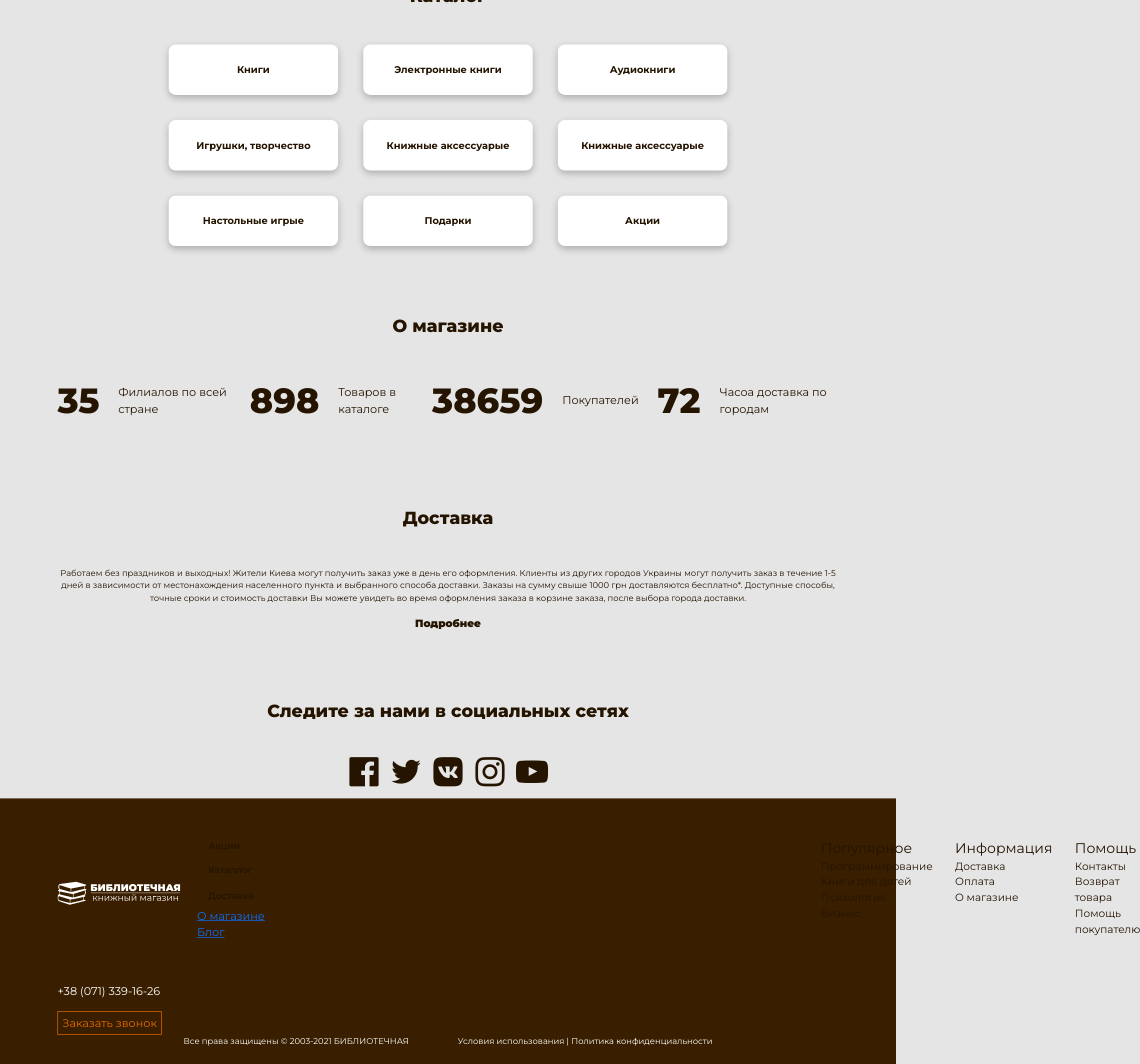
Repository: saidabbasun/Kutubxona
Page: /
The author's editor kept a copy of each file at every save. The page is drawn from the files as they stood at one save, then again after the next save.
The browser window is 1280 px wide. The page is 1629 px wide, so the pictures cover 1629 px, including what lies to the right of the window. The pictures show the part of the page from y = 2342 to 3862 px (the page is 3862 px tall), at 70% of full size.
The project was rebuilt for these pictures with package versions that can differ from the ones it lists, and the page was loaded fresh each time.

Above is the page before, as saved 2022-05-31 05:23:33.

After the next save:
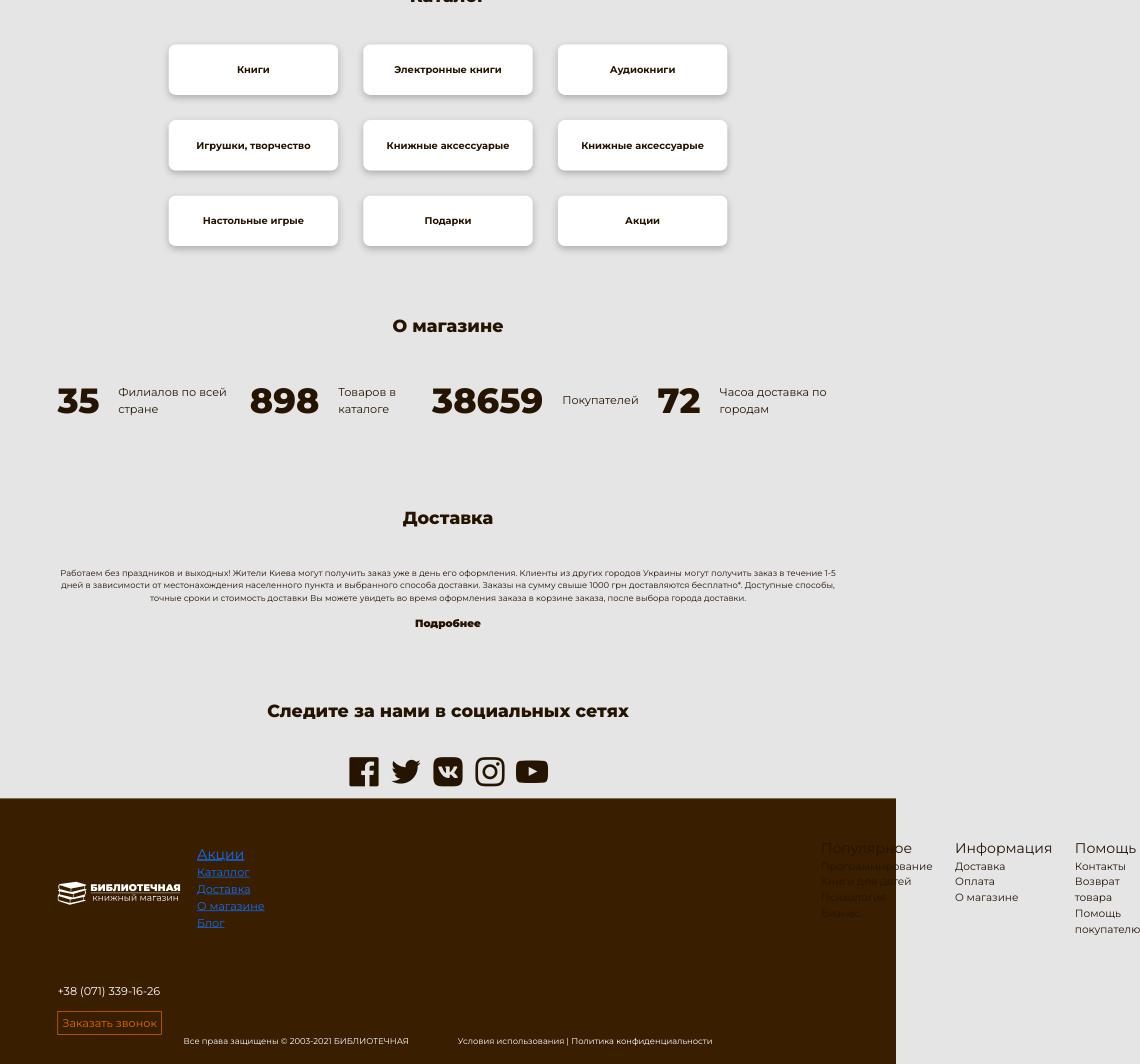
Saved 30 s later.
--- a/src/Components/Footer/Footer.jsx
+++ b/src/Components/Footer/Footer.jsx
@@ -14,13 +14,13 @@
 
         <ul className="menu ">
       <li className="item ">
-        <a className="nav-link" href="#">Акции </a>
+        <a className="link" href="#">Акции </a>
       </li>
       <li className="item">
-        <a className="nav-link" href="#">Каталлог</a>
+        <a className="link" href="#">Каталлог</a>
       </li>
-      <li className="tem ">
-        <a className="nav-link" href="#">Доставка </a>
+      <li className="item ">
+        <a className="link" href="#">Доставка </a>
       </li>
       <li className="item">
         <a className="link" href="#">О магазине</a>
